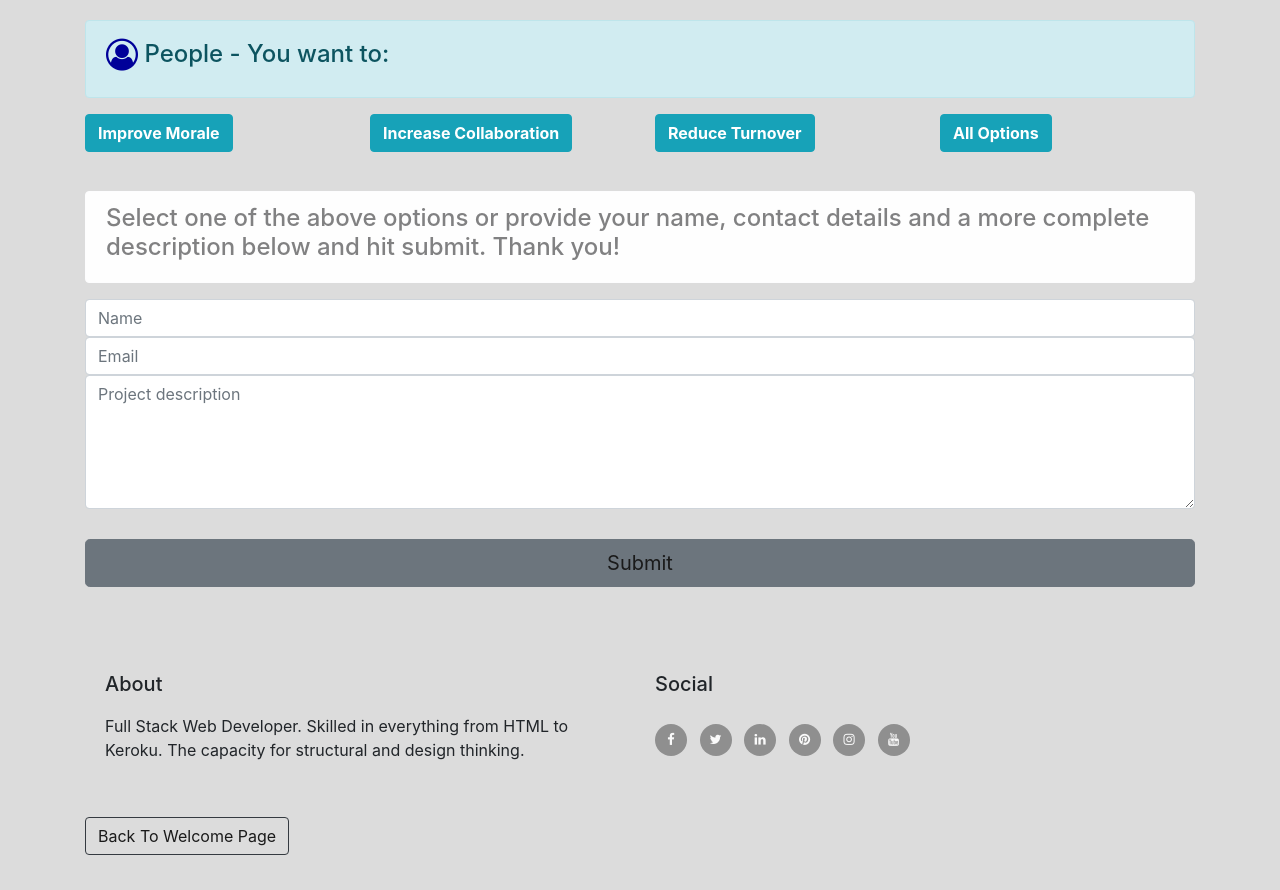
Repository: Code-Institute-Submissions/tenerim-milestone1
Page: People.html
The author's editor kept a record of every edit. The page is drawn from the files as they stood at one moment, then again after the next edit.
The browser window is 1280 px wide. The pictures show the whole page.

Above is the page before.

After the next edit:
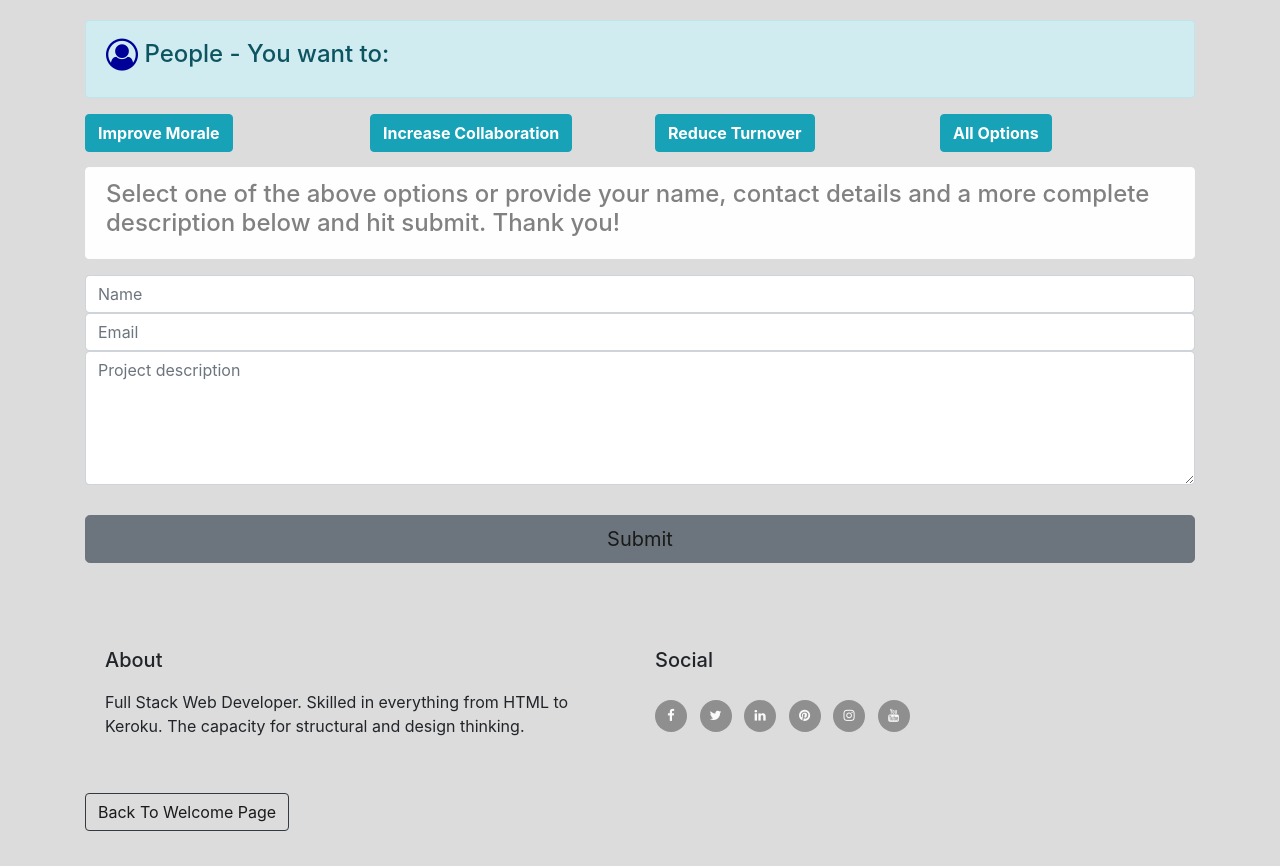
The edit:
--- a/People.html
+++ b/People.html
@@ -42,7 +42,7 @@
                     <button type="button" class="btn btn-info"><a href="#" class="alert-link">Reduce Turnover</a></button>
                 </div>
                 <div class="col-sm-3">
-                    <button type="button" class="btn btn-info"><a href="#" class="alert-link">All Options</a></button> <br /> <br />
+                    <button type="button" class="btn btn-info"><a href="#" class="alert-link">All Options</a></button>
                 </div>
             </div>
 
